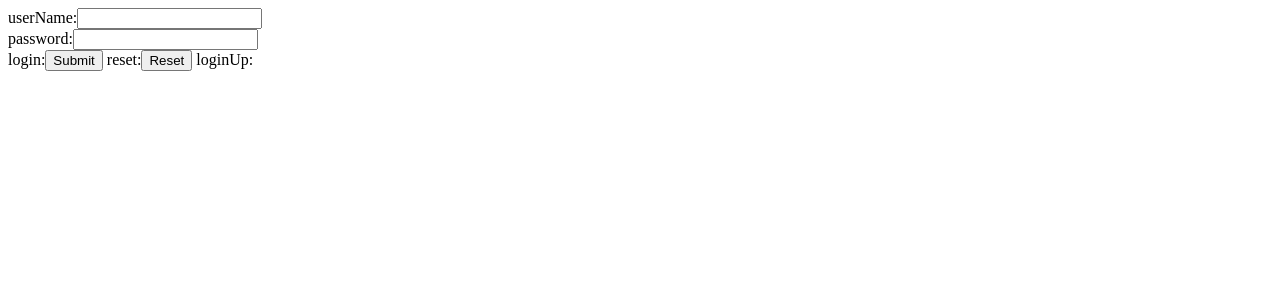
Repository: OnlineWaAndRe/mysql-jsp-examFinal
Page: http://localhost/exam/
An editor plug-in stored every save of this project. The page is shown before and after the next save, followed by the edit.
The browser window is 1280 px wide. The pictures show the whole page.
The page is served by Tomcat 9.

Above is the page before, as saved 2019-06-17 08:40:35.

After the next save:
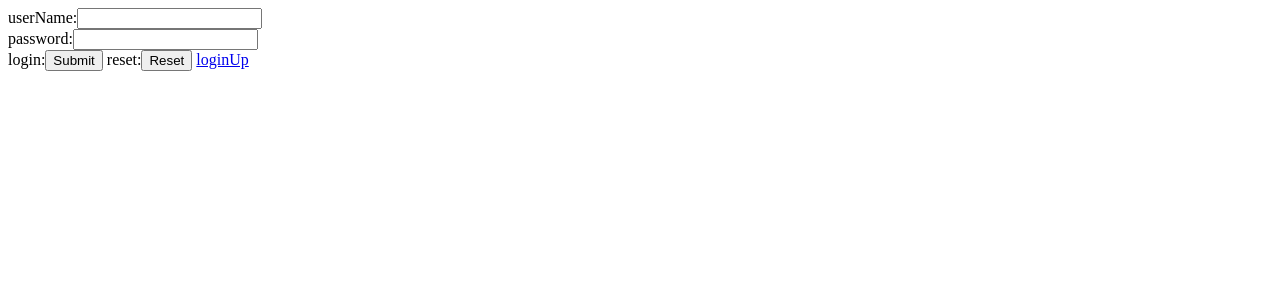
Saved 9 s later.
--- a/exam/WebContent/index.jsp
+++ b/exam/WebContent/index.jsp
@@ -11,7 +11,7 @@
 		userName:<input type = "txt" name = "userName"><br>
 		password:<input type = "password" name = "password"><br>
 		login:<input type = "submit"> reset:<input type = "reset">
-		loginUp:<a href = "logUp.jsp"></a>
+		<a href = "logUp.jsp">loginUp</a>
 	</form>
 </body>
 </html>
